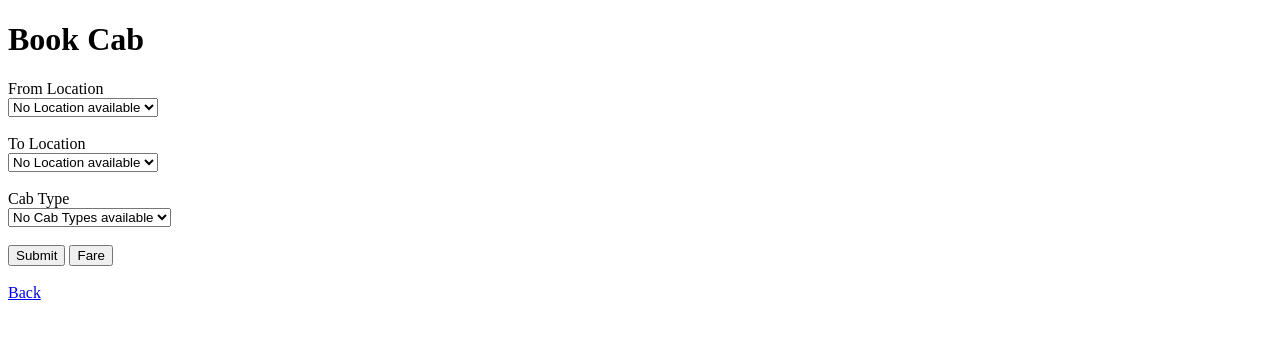
Repository: SumanaDasFullStack/CourseEndProject
Page: http://localhost/book
The author's editor kept a copy of each file at every save. The page is drawn from the files as they stood at one save, then again after the next save.
The browser window is 1280 px wide. The pictures show the whole page.
The page is this project's Thymeleaf template; nobody is signed in. The template is opened directly, without the code that normally fills it, so the values that code supplies are empty.

Above is the page before, as saved 2024-10-29 17:25:19.

After the next save:
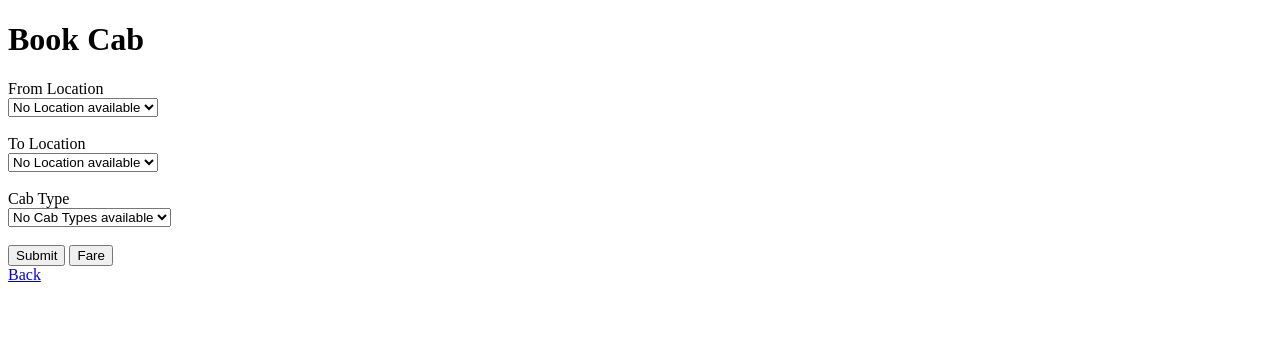
Saved 14 min 53 s later.
--- a/cab-booking-microservice/src/main/resources/templates/book.html
+++ b/cab-booking-microservice/src/main/resources/templates/book.html
@@ -3,7 +3,7 @@
 <head>
 <meta charset="UTF-8">
 <title>Insert title here</title>
-<script src="https://code.jquery.com/jquery-3.6.0.min.js"></script>
+
 </head>
 <body>
 <span style="color:red" th:text="${result}"></span>
@@ -40,30 +40,8 @@
 <input type="submit" th:value="Submit" name="b1"/>
 <!-- <button onclick="callMicroservice()">Fare</button> -->
 
-<button id="myButton">Fare</button>
 
-<div id="responseMessage"></div>
-<div id="errorMessage" style="color: red;"></div>
-
-<script>
-    $(document).ready(function() {
-        $('#myButton').click(function() {
-            $.ajax({
-                url: '/cab/findallcab', // Update with your endpoint
-                method: 'GET', // Change to POST if needed
-                success: function(response) {
-                    $('#responseMessage').text('Success: ' + response);
-                    $('#errorMessage').text(''); // Clear any previous errors
-                },
-                error: function(xhr, status, error) {
-                    $('#errorMessage').text('Error: ' + xhr.responseText);
-                    $('#responseMessage').text(''); // Clear any previous success messages
-                }
-            });
-        });
-    });
-</script>
-<!-- <input type="button" th:value="Fare" name="b2"/> -->
+<input type="button" th:value="Fare" name="b2"/>
 <br/>
 </form>
 <a href="/">Back</a>
